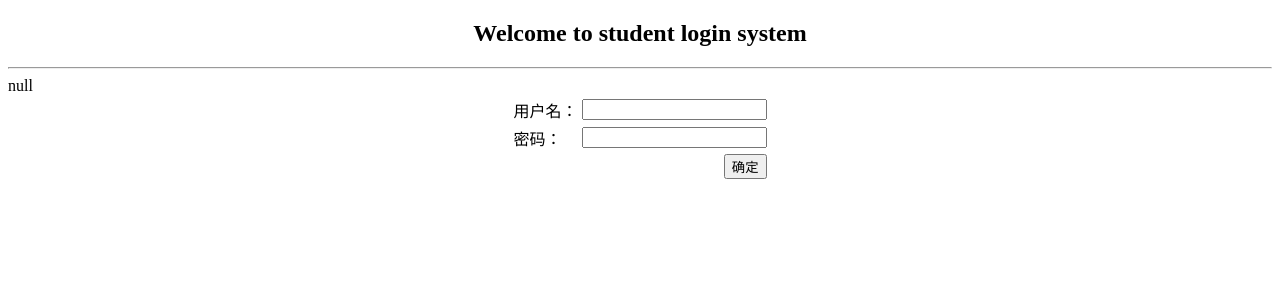
Repository: 122537067/collegePractice
Page: http://localhost/StudentManageSystem/login.jsp
An editor plug-in stored every save of this project. The page is shown before and after the next save, followed by the edit.
The browser window is 1280 px wide. The pictures show the whole page.
The page is served by Tomcat 9. Other server files are loaded and not shown.

Above is the page before, as saved 2018-03-21 14:36:07.

### J2EE/T3/StudentManageSystem/WebContent/login.jsp
<%@ page language="java" contentType="text/html; charset=UTF-8"
    pageEncoding="UTF-8"%>
<!DOCTYPE html PUBLIC "-//W3C//DTD HTML 4.01 Transitional//EN" "http://www.w3.org/TR/html4/loose.dtd">
<html>
<head>
<meta http-equiv="Content-Type" content="text/html; charset=UTF-8">
<title>Login</title>
</head>
<body>

	<h2 align="center">Welcome to student login system</h2>
	<hr/>

	<%
		request.setCharacterEncoding("utf-8"); //设置对客户端请求进行重新编码的编码
		String error = request.getParameter("error");
		if(error != null)
		{
			String error_message = "";
			if(error_message.equals("1"))
			{
				error_message = "This user isn't existing";
			}
			out.print("<div style='text-align:center;color:red;'>"+error_message+"</div>");
		}

		out.print(error);
	%>

	<form method="post" action="dologin.jsp">
	<table align="center">
		<tr>
			<td>用户名：</td>
			<td><input type="text" name="username"></td>
		</tr>
		<tr>
			<td>密码：</td>
			<td><input type="password" name="pwd"></td>
		</tr>
		<tr>
			<td colspan ="2" align="right"><input type="submit" value="确定"></td>
		</tr>
	</table>
	</form>

</body>
</html>

After the next save:
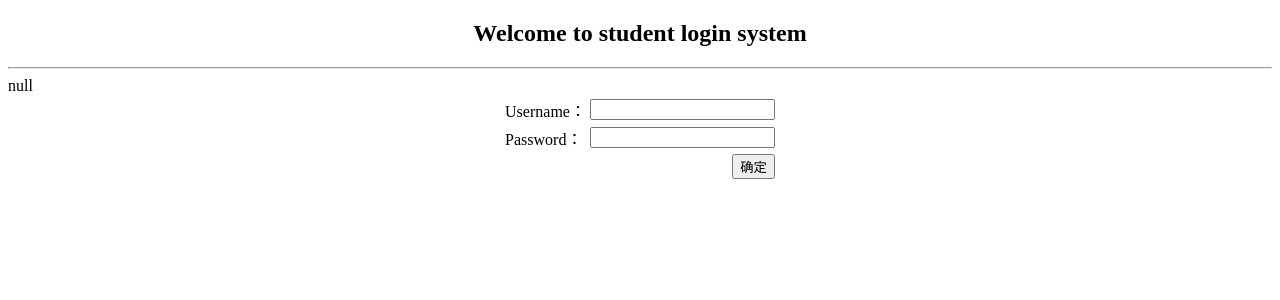
Saved 9 min 25 s later.
--- a/J2EE/T3/StudentManageSystem/WebContent/login.jsp
+++ b/J2EE/T3/StudentManageSystem/WebContent/login.jsp
@@ -30,11 +30,11 @@
 	<form method="post" action="dologin.jsp">
 	<table align="center">
 		<tr>
-			<td>用户名：</td>
+			<td>Username：</td>
 			<td><input type="text" name="username"></td>
 		</tr>
 		<tr>
-			<td>密码：</td>
+			<td>Password：</td>
 			<td><input type="password" name="pwd"></td>
 		</tr>
 		<tr>
